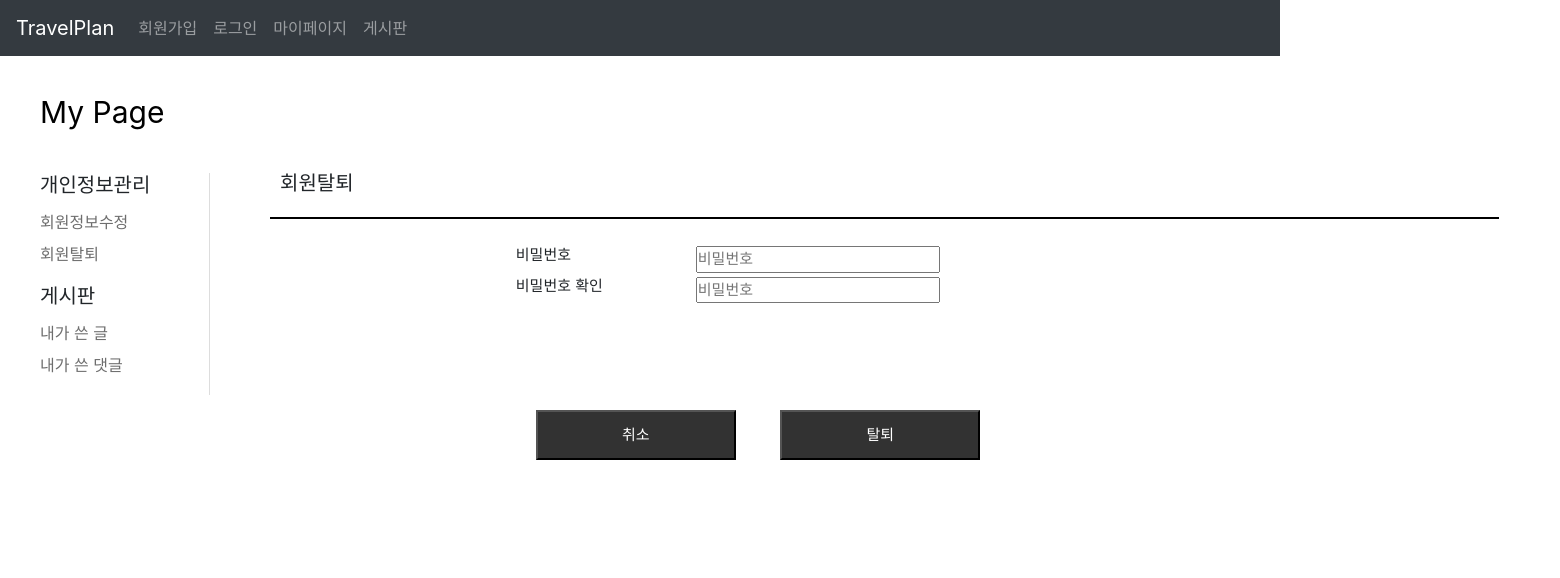
Repository: sna145815/Travel_v1
Page: http://localhost/Travel_v1/WEB-INF/view/deleteuser.jsp
An editor plug-in stored every save of this project. The page is shown before and after the next save, followed by the edit.
The browser window is 1280 px wide. The page is 1560 px wide, so the pictures cover 1560 px, including what lies to the right of the window. The pictures show the whole page.
The page is served by Tomcat 9. Nobody is signed in. The template is opened directly, without the code that normally fills it, so the values that code supplies are empty.

Above is the page before, as saved 2022-11-06 14:29:44.

After the next save:
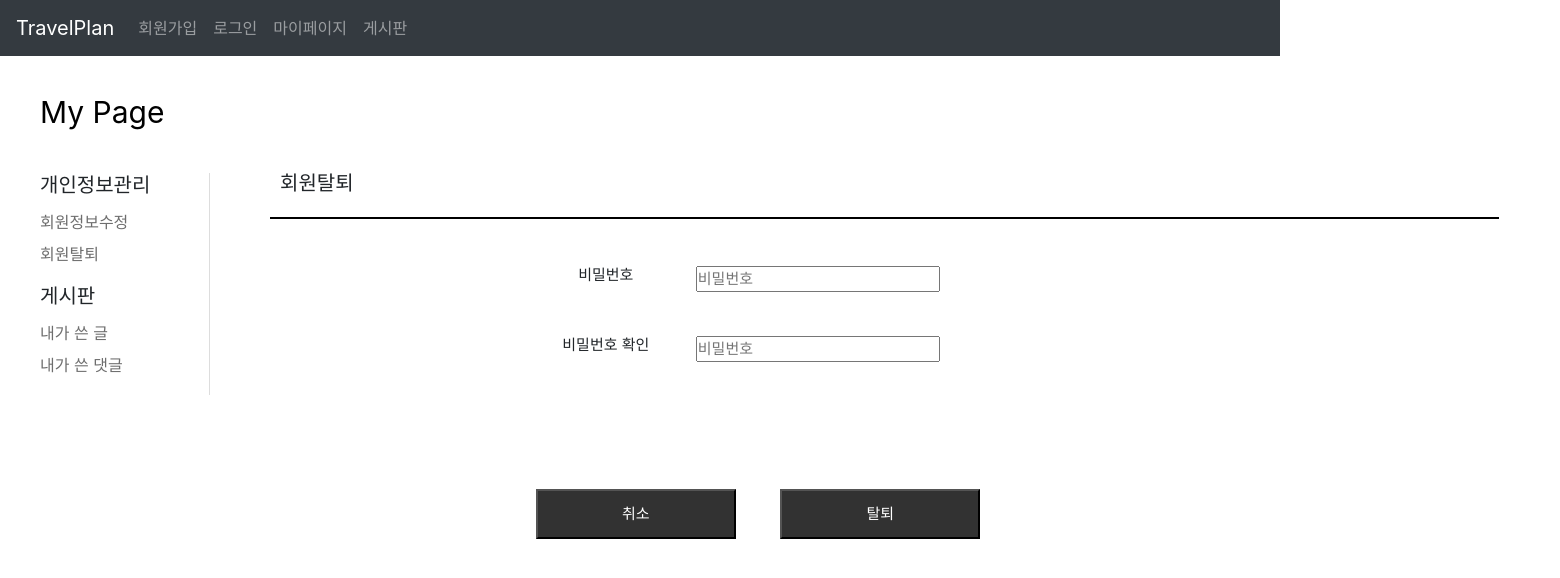
Saved 2 min 30 s later.
--- a/Travel_v1/src/main/webapp/WEB-INF/view/deleteuser.jsp
+++ b/Travel_v1/src/main/webapp/WEB-INF/view/deleteuser.jsp
@@ -89,6 +89,14 @@
 			table-layout: fixed;
 			margin-left: 20%;
 		}
+		tr {
+			height: 70px;
+			padding: 10px;
+			box-sizing: border-box;
+			text-align: center;
+			vertical-align: middle;
+			word-break: break-all;
+		}
 		.button {
 			margin-top: 50px;
 			margin-left: 20%;
